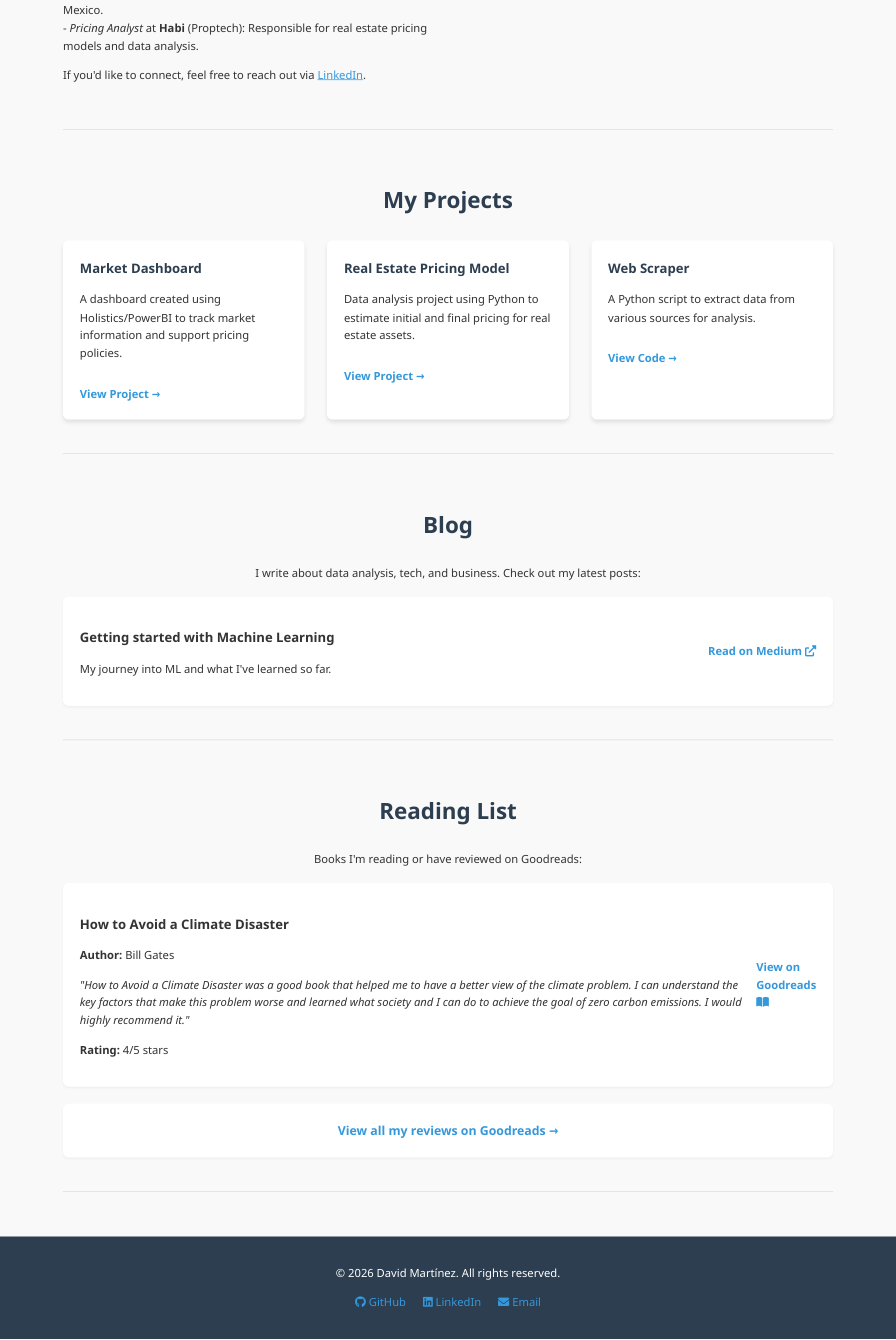
Repository: davidsmv/davidsmv.github.io
Page: index.html
An editor plug-in stored every save of this project. The page is shown before and after the next save, followed by the edit.
The browser window is 1280 px wide. The pictures show the part of the page from y = 648 to 2568 px (the page is 2562 px tall before and 2568 px after), at 70% of full size.

Above is the page before, as saved 2026-01-19 16:59:58.

After the next save:
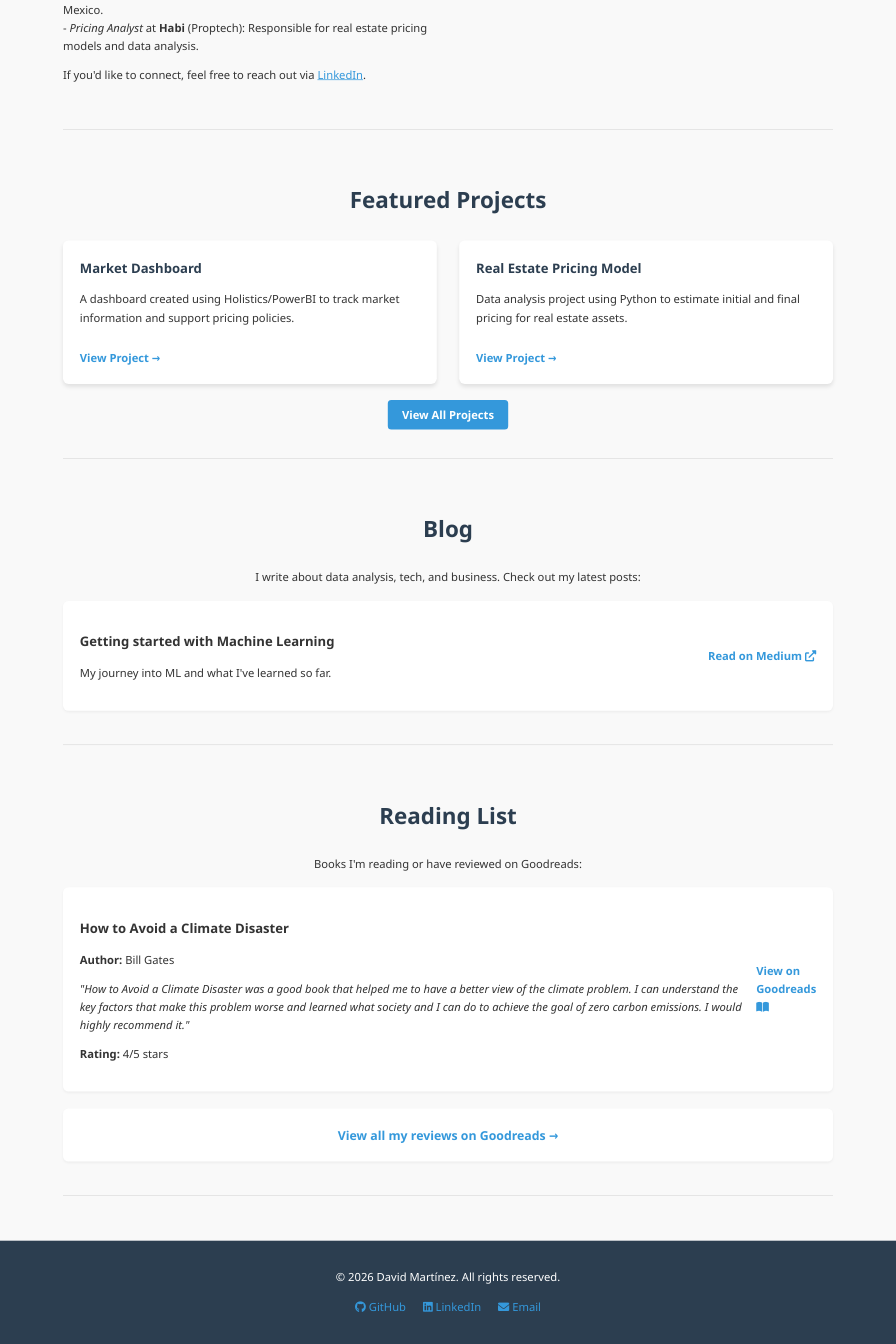
Saved 8 s later.
--- a/index.html
+++ b/index.html
@@ -73,7 +73,7 @@
 
         <!-- Projects Section -->
         <section id="projects">
-            <h2>My Projects</h2>
+            <h2>Featured Projects</h2>
             <div class="projects-grid">
 
                 <!-- Project 1 Example -->
@@ -89,14 +89,9 @@
                     <p>Data analysis project using Python to estimate initial and final pricing for real estate assets.</p>
                     <a href="#" class="project-link">View Project &rarr;</a>
                 </div>
-
-                <!-- Project 3 Example -->
-                <div class="project-card">
-                    <h3>Web Scraper</h3>
-                    <p>A Python script to extract data from various sources for analysis.</p>
-                    <a href="#" class="project-link">View Code &rarr;</a>
-                </div>
-
+            </div>
+            <div style="text-align: center; margin-top: 2rem;">
+                <a href="projects.html" style="background-color: var(--accent-color); color: white; padding: 10px 20px; border-radius: 5px; text-decoration: none; font-weight: bold;">View All Projects</a>
             </div>
         </section>
 
